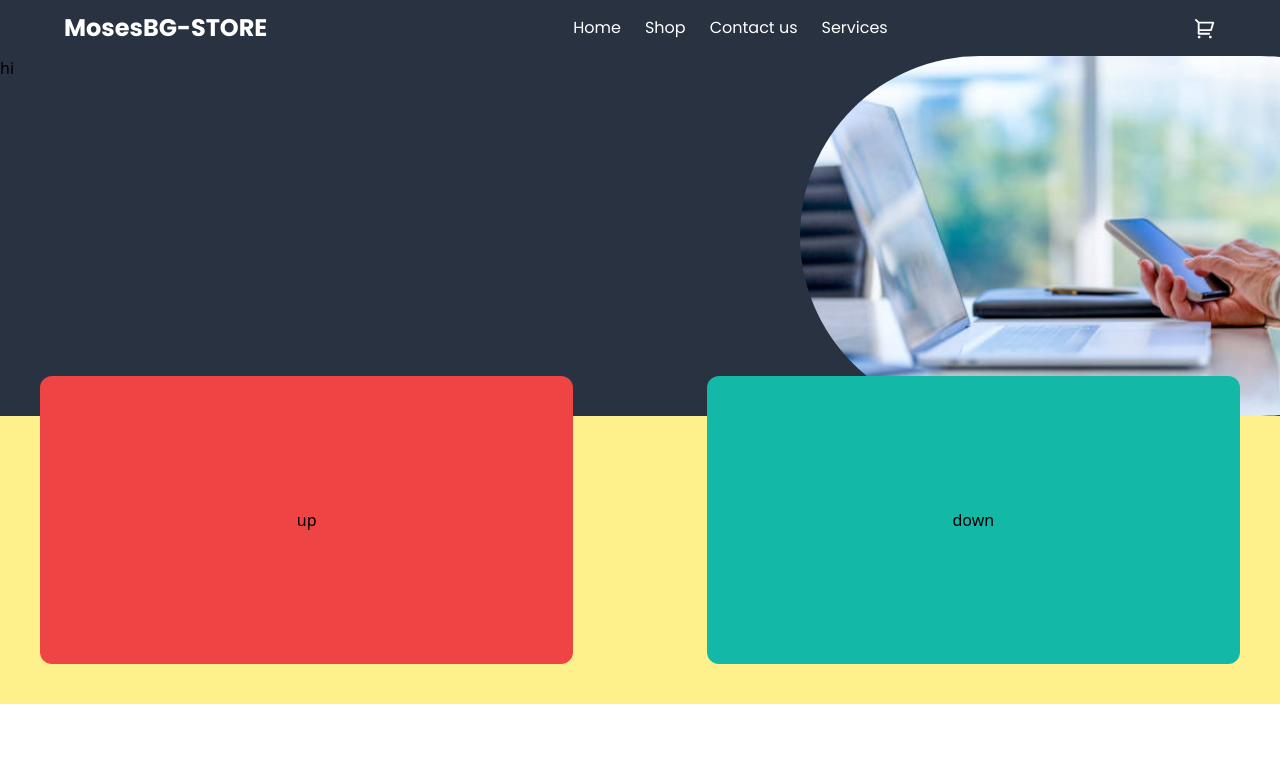
Repository: moshebengan/cart
Page: /fake-store/contact-us
The author's editor kept a copy of each file at every save. The page is drawn from the files as they stood at one save, then again after the next save.
The browser window is 1280 px wide. The pictures show the whole page.
The project was rebuilt for these pictures with package versions that can differ from the ones it lists, and the page was loaded fresh each time. Also part of the build but not shown: vite.config.js, src/components/Error.jsx, src/utils/data.js, src/utils/apiCalls.js, src/components/Loading.jsx, src/components/Products.jsx, src/components/Footer.jsx, src/pages/HomePage.jsx and 5 more.

Above is the page before, as saved 2024-09-16 08:46:52.

After the next save:
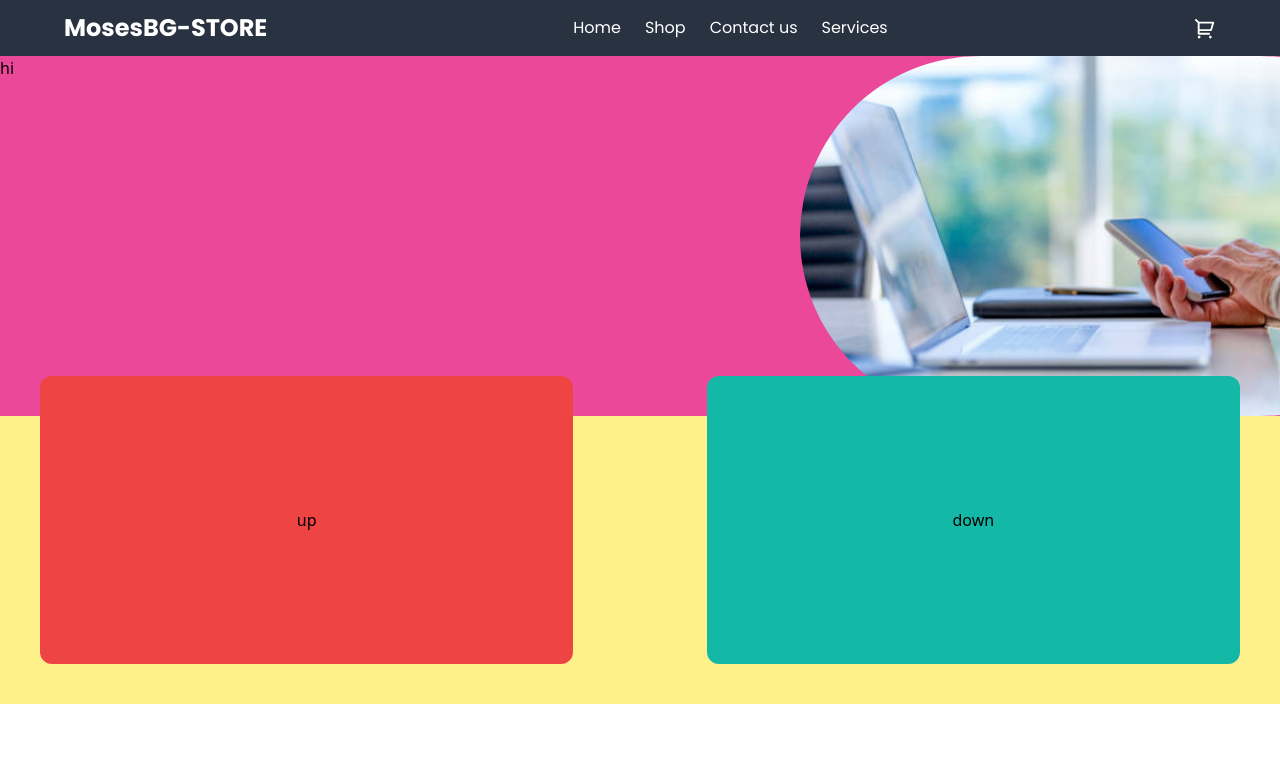
Saved 15 s later.
--- a/src/pages/ContactUs.jsx
+++ b/src/pages/ContactUs.jsx
@@ -4,7 +4,7 @@ const ContactUs = () => {
   return (
     <div className="w-full h-screen flex flex-col overflow-x-hidden">
     <div className="bg-dark-blue w-full h-[50%] relative">
-        <div className="bg-pink h-full-500 flex flex-col">hi</div>
+        <div className="h-full bg-pink-500 flex flex-col">hi</div>
       <img src="/public/contactus2.jpg" alt="" className="w-[50%] h-full absolute -right-40 top-0 rounded-full object-cover"  />
       </div>
       <div className="w-full h-[40%] bg-yellow-200 flex flex-row relative">
